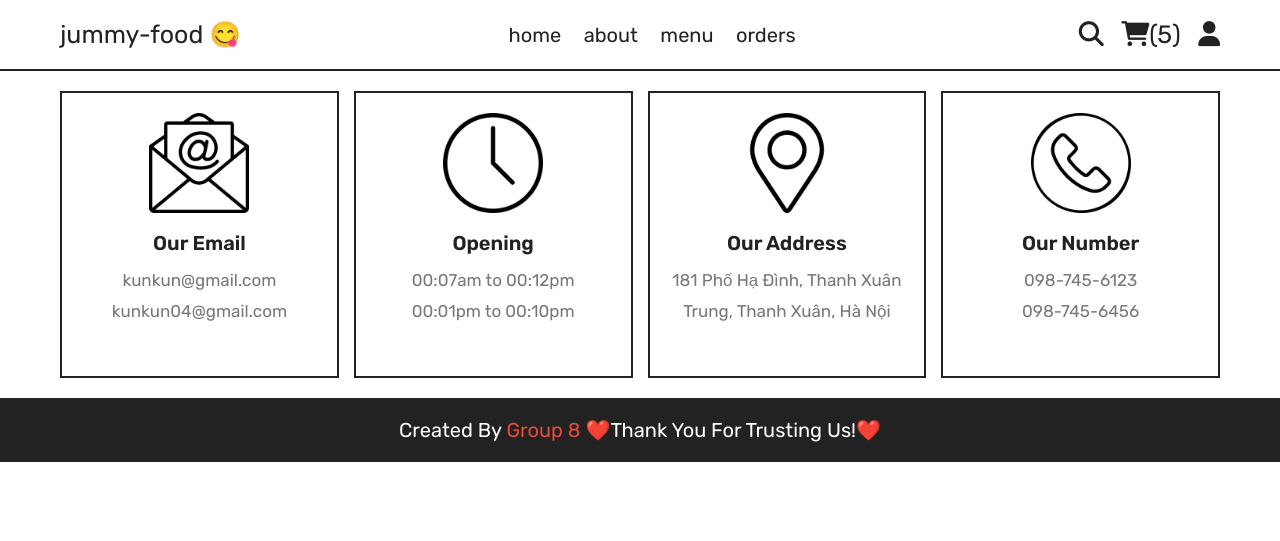
Repository: VuongLinhDinh/jummy_food
Page: home.html
These files come from the project's save history. The page is drawn as it stood at one moment and after the next save; the edit follows.
The browser window is 1280 px wide. The pictures show the whole page.
Some web libraries are served in a nearby version.

Above is the page before, as saved 2023-11-07 16:24:21.

### home.html
<!DOCTYPE html>
<html lang="en">
<head>
    <meta charset="UTF-8">
    <meta name="viewport" content="width=device-width, initial-scale=1.0">
    <title>Home</title>
    <!-- font awesome cdn link -->
    <link rel="stylesheet" href="https://cdnjs.cloudflare.com/ajax/libs/font-awesome/6.1.1/css/all.min.css">
    <!-- custom css -->
    <link rel="stylesheet" href="./css/style.css">
</head>
<body>
    <!-- header section starts  -->
    <header class="header">
        <section class="flex">
            <a href="home.html" class="logo">jummy-food 😋</a>
            <nav class="navbar">
                <a href="home.html">home</a>
                <a href="about.html">about</a>
                <a href="menu.html">menu</a>
                <a href="orders.html">orders</a>
            </nav>
            <div class="icons">
                <a href="search.html"><i class="fas fa-search"></i></a>
                <a href="cart.html"><i class="fas fa-shopping-cart"></i><span>(5)</span></a>
                <div id="user-btn" class="fas fa-user"></div>
                <div id="menu-btn" class="fas fa-bars"></div>
            </div>
            <div class="profile">
                <p class="name">Kun Aquero</p>
                <div class="flex">
                    <a href="profile.html" class="btn">profile</a>
                    <a href="#" class="delete-btn">logout</a>
                </div>
                <p class="account"><a href="login.html">login</a> or <a href="login.html">register</a></p>
            </div>
        </section>
    </header>
    <!-- header section end  -->

    <!-- hero section starts  -->

    <!-- hero section end  -->

    <!-- footer section starts  -->
    <footer class="footer">
        <section class="grid">
            <div class="box">
                <img src="images/email-icon.png" alt="">
                <h3>our email</h3>
                <a href="mailto:kunkun@gmail.com">kunkun@gmail.com</a>
                <a href="mailto:kun04@gmail.com">kunkun04@gmail.com</a>
            </div>

            <div class="box">
                <img src="images/clock-icon.png" alt="">
                <h3>opening</h3>
                <p>
                    00:07am to 00:12pm
                    00:01pm to 00:10pm
                </p>
            </div>

            <div class="box">
                <img src="images/map-icon.png" alt="">
                <h3>our address</h3>
                <a href="https://www.google.com/maps/place/181+P.+H%E1%BA%A1+%C4%90%C3%ACnh,+H%E1%BA%A1+%C4%90%C3%ACnh,+Thanh+Xu%C3%A2n,+H%C3%A0+N%E1%BB%99i,+Vi%E1%BB%87t+Nam/@20.9891313,105.8056888,17z/data=!3m1!4b1!4m5!3m4!1s0x3135ac952468595f:0xd4c0347109838030!8m2!3d20.9891263!4d105.8082691?hl=vi-VN&entry=ttu">181 Phố Hạ Đình, Thanh Xuân Trung, Thanh Xuân, Hà Nội</a>
            </div>

            <div class="box">
                <img src="images/phone-icon.png" alt="">
                <h3>our number</h3>
                <a href="tel:0987456123">098-745-6123</a>
                <a href="tel:0987456456">098-745-6456</a>
            </div>
        </section>
        <div class="credit">created by <span>group 8</span> ❤️Thank you for trusting us!❤️</div>
    </footer>
    <!-- footer section end  -->
    <!-- custom js file -->
    <script src="./js/script.js"></script>
</body>
</html>

### css/style.css
@import url('https://fonts.googleapis.com/css2?family=Nunito:wght@200;300;400;600;700&family=Rubik:wght@300;400;500;600&display=swap');
:root {
    --yellow: #fed330;
    --red: #e74c3c;
    --white: #fff;
    --black: #222;
    --light-color: #777;
    --border: .2rem solid var(--black);
}
*{
    font-family: 'Rubik', sans-serif;
    margin: 0; padding: 0;
    box-sizing: border-box;
    outline: none; border: none;
    text-decoration: none;
}
*::selection {
    background-color: var(--yellow);
    color: var(--white);
}
::-webkit-scrollbar {
    height: 0.5rem;
    width: 1rem;
}
::-webkit-scrollbar-track {
    background-color: transparent;
}
::-webkit-scrollbar-thumb {
    background-color: var(--yellow);
}
html {
    font-size:  62.5%;
    overflow-x: hidden;
    scroll-behavior: smooth;
    stop-opacity: 7rem;
}
section {
    margin: 0 auto;
    max-width: 1200px;
    padding: 2rem;
}
.btn, .delete-btn {
    margin-top: 1rem;
    display: inline-block;
    font-size: 2rem;
    padding: 1rem 3rem;
    opacity: .6;
    cursor: pointer;
}
.btn:hover, .delete-btn:hover {
    /* letter-spacing: .2rem; */
    transition:  .2s linear;
    opacity: 1;
}
.btn {
    background-color: var(--yellow);
    color: var(--black);
}
.delete-btn {
    background-color: var(--red);
    color: var(--white);
}
.header {
    position: sticky;
    top: 0; left: 0; right: 0;
    z-index: 1000;
    background-color: var(--white);
    border-bottom: var(--border);
}
.header .flex {
    display: flex;
    align-items: center;
    justify-content: space-between;
    position: relative;
}
.header .flex .logo {
    font-size: 2.5rem;
    color: var(--black);
}
.header .flex .navbar a {
    font-size: 2rem;
    color: var(--black);
    margin: 0 1rem;

}
.header .flex .navbar a:hover {
    color: var(--yellow);
    text-decoration: underline;
}
.header .flex .icons > * {
    margin-left: 1.5rem;
    font-size: 2.5rem;
    color: var(--black);
    cursor: pointer;
}
.header .flex .icons > *:hover {
    color: var(--yellow);
}
#menu-btn {
    display: none;
}
.header .flex .profile {
    background-color: var(--white);
    border: var(--border);
    padding: 1.5rem;
    text-align: center;
    position: absolute;
    top: 125%; right: 2rem;
    width: 30rem;
    display: none;
    animation: fadeIn .2s linear;
}
.header .flex .profile.active {
    display: block;
}
@keyframes fadeIn {
    0% {
        transform: translateY(1rem);
    }
}
.header .flex .profile .name {
    font-size: 2rem;
    color: var(--black);
    margin-bottom: 1rem;
}
.header .flex .profile .account {
    margin-top: 1rem;
    font-size: 2rem;
    color: var(--light-color);
}
.header .flex .profile .account a {
    color: var(--black);
}
.header .flex .profile .account a:hover {
    color: var(--yellow);
    text-decoration: underline;
}












































.footer .grid {
    display: grid;
    grid-template-columns: repeat(auto-fit, minmax(27rem, 1fr));
    gap: 1.5rem;
    align-items: flex-start;
}
.footer .grid .box {
    border: var(--border);
    padding: 2rem;
    padding-bottom: 5rem;
    text-align: center;
}
.footer .grid .box img {
    height: 10rem;
    width: 100%;
    object-fit: contain;
    margin-bottom: .5rem;
}
.footer .grid .box h3 {
    margin: 1rem 0;
    font-size: 2rem;
    color: var(--black);
    text-transform: capitalize;
}
.footer .grid .box p,
.footer .grid .box a {
    display: block;
    font-size: 1.7rem;
    color: var(--light-color);
    line-height: 1.8;
}
.footer .grid .box a:hover {
    text-decoration: underline;
}
.credit {
    padding: 2rem;
    text-align: center;
    background-color: var(--black);
    color: var(--white);
    font-size: 2rem;
    text-transform: capitalize;
}
.credit span {
    color: var(--red);

}

/* media query  */
@media (max-width: 991px) {
    html {
        font-size: 55%;
    }
}
@media (max-width: 768px) {
    #menu-btn {
        display: inline-block;
    }
    .header .flex .navbar {
        position: absolute;
        top: 99%; left: 0; right: 0;
        border-top: var(--border);
        border-bottom: var(--border);
        background-color: var(--white);
        transition:  .2s linear;
        clip-path: polygon(0 0, 100% 0, 100% 0, 0 0);
    }
    .header .flex .navbar a {
        display: block;
        margin: 2rem;
    }
    .header .flex .navbar.active {
        clip-path: polygon(0 0, 100% 0, 100% 100%, 0 100%);
    }
}
@media (max-width: 450px) {
    html {
        font-size: 50%;
    }
    .header .flex .logo {
        font-size: 2rem;

    }
}

### js/script.js
navbar = document.querySelector('.header .flex .navbar');
document.querySelector('#menu-btn').onclick = () => {
    navbar.classList.toggle('active');
    profile.classList.remove('active');
}
profile = document.querySelector('.header .flex .profile');
document.querySelector('#user-btn').onclick = () => {
    profile.classList.toggle('active');
    navbar.classList.remove('active');
}
window.onscroll = () => {
    navbar.classList.remove('active');
    profile.classList.remove('active');
}

After the next save:
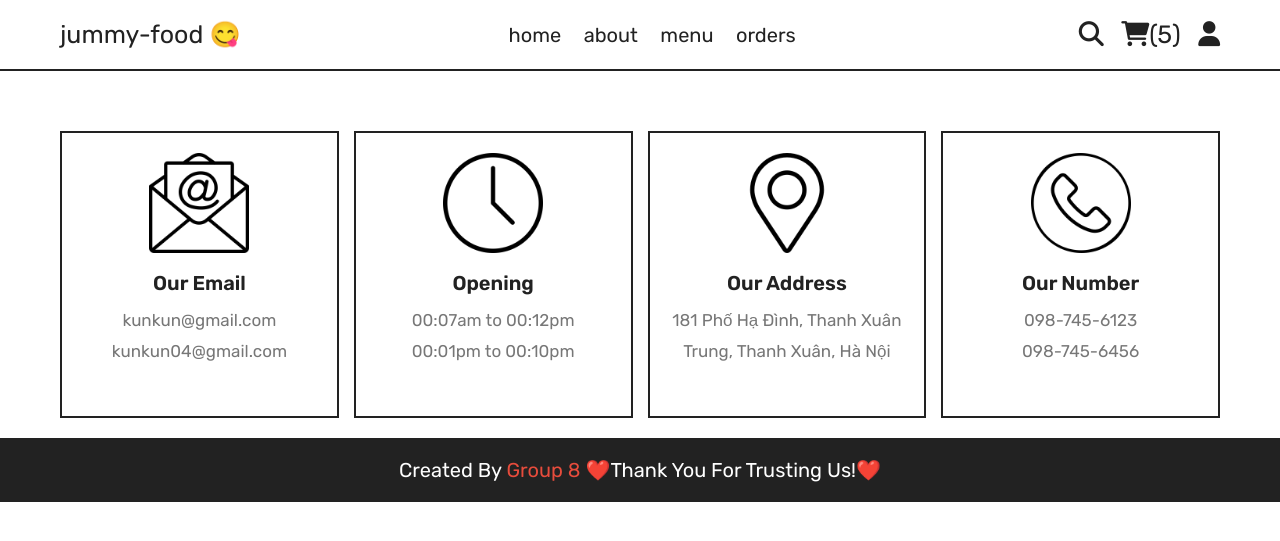
Saved 6 min 15 s later.
--- a/home.html
+++ b/home.html
@@ -39,7 +39,9 @@
     <!-- header section end  -->
 
     <!-- hero section starts  -->
+    <section class="hero">
 
+    </section>
     <!-- hero section end  -->
 
     <!-- footer section starts  -->
